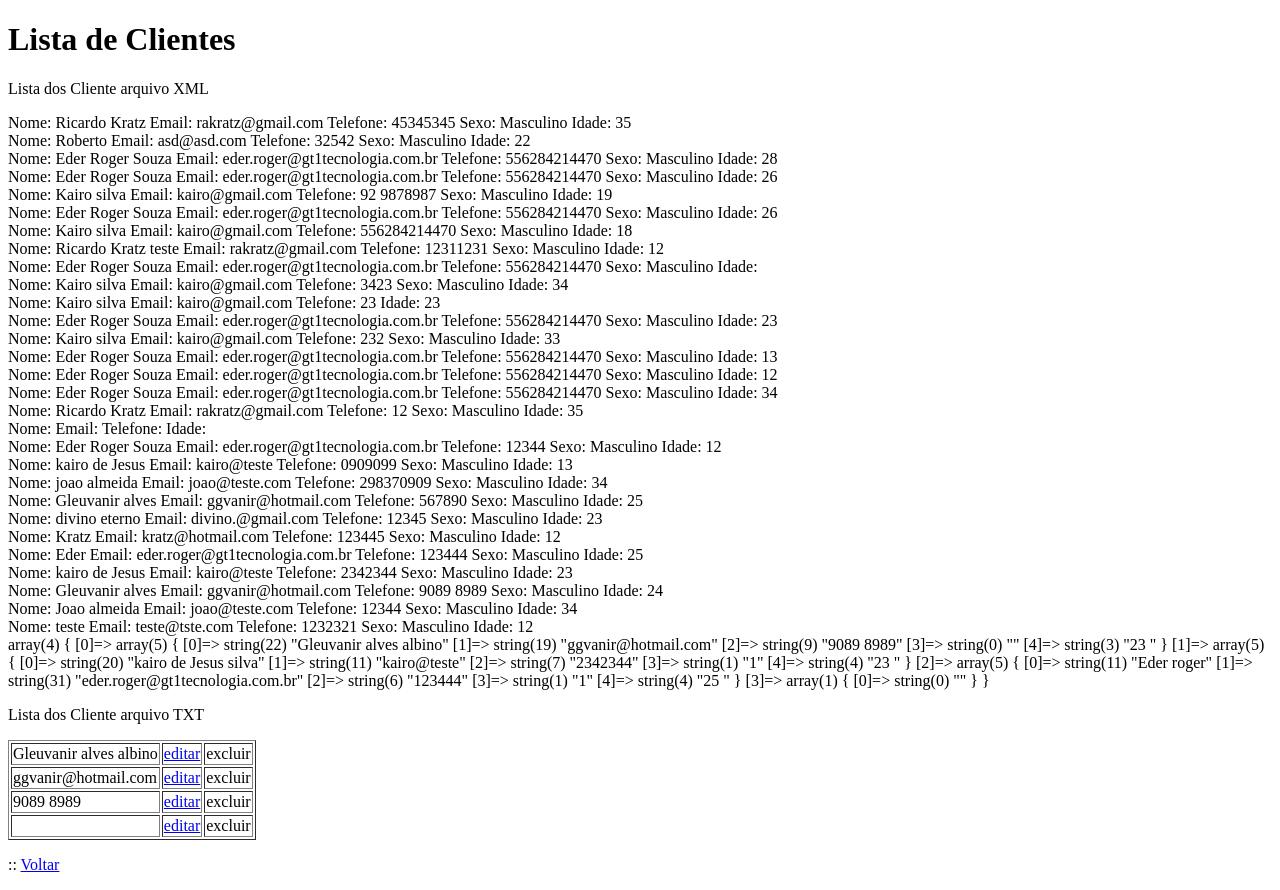
Repository: EderRoger/Faculdade
Page: http://localhost/listar.php
An editor plug-in stored every save of this project. The page is shown before and after the next save, followed by the edit.
The browser window is 1280 px wide. The pictures show the whole page.
The page is run by PHP 8.4 with error messages shown; the project is at /var/www/html/.

Above is the page before, as saved 2011-10-26 17:10:59.

After the next save:
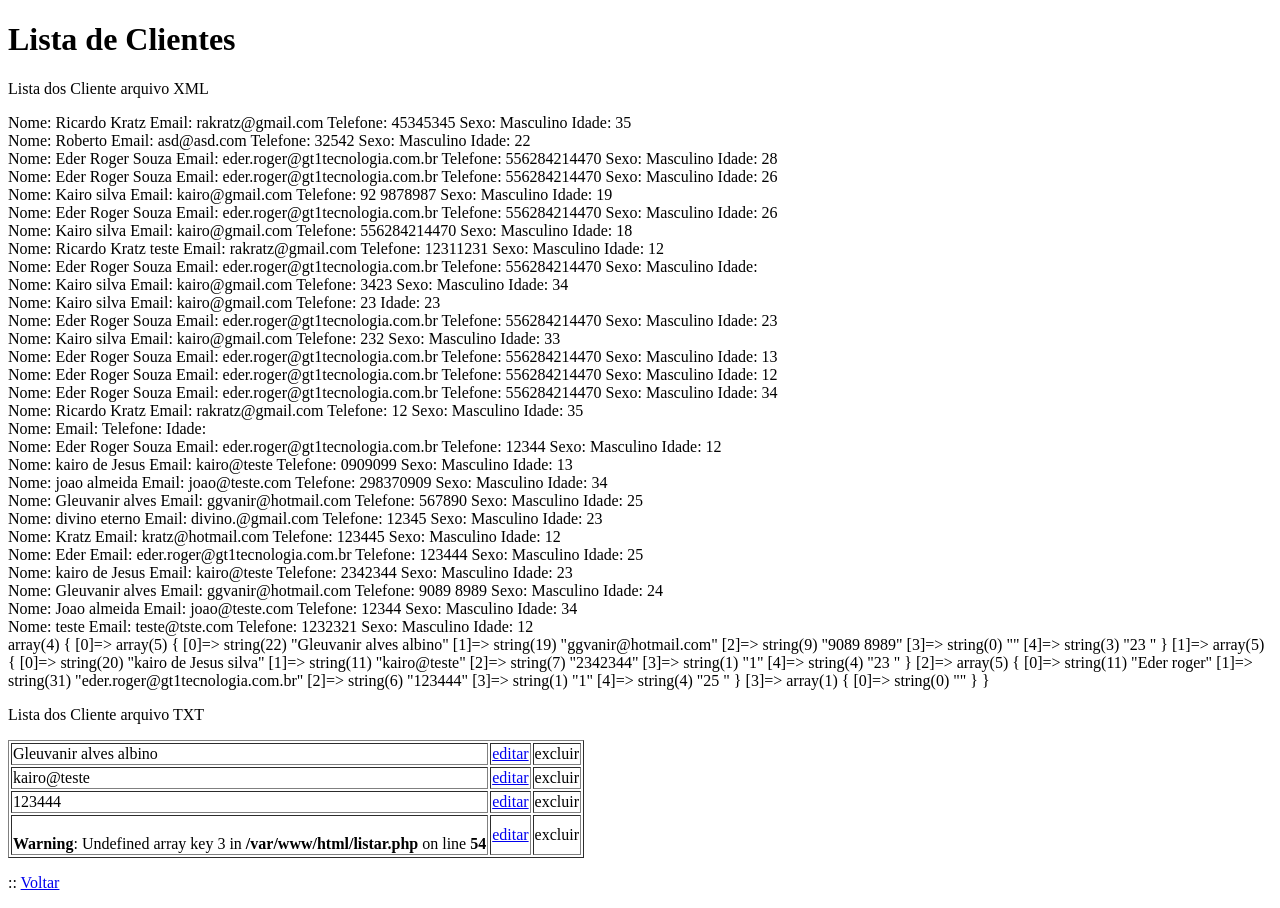
Saved 15 s later.
--- a/kratz/workspace/cadastro/listar.php
+++ b/kratz/workspace/cadastro/listar.php
@@ -51,7 +51,7 @@
 	?>
 	<tr>
 	 <td>
-		<?php   echo $dados[0][$i]; ?>
+		<?php   echo $dados[$i][$i]; ?>
 	 </td>
 	 <td><a href="index.php?nome=<?=$arrayCliente[$i]; ?>&idade=<?=$arrayCliente[$i]; ?>&email=<?=$arrayCliente[$i]; ?>&telefone=<?=$arrayCliente[$i]; ?>"> editar</a></td>
 	 <td>excluir</td>
